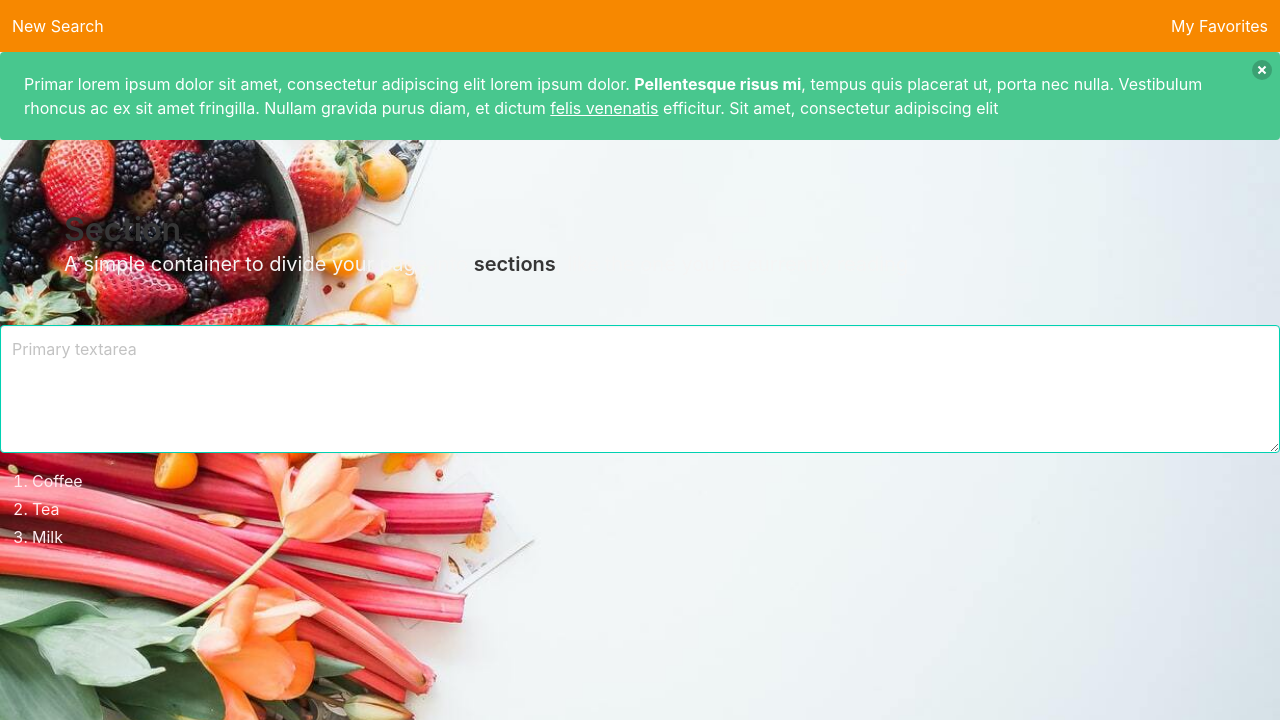
Repository: puakehaulani/the-hungry-app-proj1
Page: assets/style/Results.html
These files come from the project's save history. The page is drawn as it stood at one moment and after the next save; the edit follows.
The browser window is 1280 px wide. The pictures show the whole page.

Above is the page before, as saved 2020-10-15 19:39:50.

### assets/style/Results.html
<!DOCTYPE html>
<html lang="en">

<head>
    <meta charset="UTF-8">
    <meta name="viewport" content="width=device-width, initial-scale=1.0">
    <title>Hungry app</title>
    <link rel="stylesheet" href="https://cdn.jsdelivr.net/npm/bulma@0.9.1/css/bulma.min.css">
    <link rel="stylesheet" href="./style.css">
    <meta name="viewport" content="width=device-width, initial-scale=1">
</head>

<body>
  <nav class="navbar" role="navigation" aria-label="main navigation">
    <div class="navbar-menu">
        <div class="navbar-item">
            <a href="index.html">New Search</a>
        </div>
    </div>

    <div class="navbar-end">
        <div class="navbar-item">
            <a href="favorites.html">My Favorites </a>
        </div>

    </div>
</nav>
      <div class="notification is-success">
        <button class="delete"></button>
        Primar lorem ipsum dolor sit amet, consectetur
        adipiscing elit lorem ipsum dolor. <strong>Pellentesque risus mi</strong>, tempus quis placerat ut, porta nec nulla. Vestibulum rhoncus ac ex sit amet fringilla. Nullam gravida purus diam, et dictum <a>felis venenatis</a> efficitur. Sit amet,
        consectetur adipiscing elit
      </div>
      <body>
        <section class="section">
          <div class="container">
            <h1 class="title">Section</h1>
            <h2 class="subtitle has-text-light">
              A simple container to divide your page into <strong>sections</strong>, like the one you're currently reading
            </h2>
          </div>
        </section>

        <div class="field">
          <div class="control">
            <textarea class="textarea is-primary" placeholder="Primary textarea"></textarea>
          </div>
        </div>

        <div class="content has-text-danger-light" color =hsl(347, 90%, 96%)>
          <ol type="1">
            <li>Coffee</li>
            <li>Tea</li>
            <li>Milk</li>
          </ol>

        </div>
</body>

</html>

### assets/style/style.css

html{
    background-image: url(images/foodOnSIde.jpg);
    background-size: cover;
    background-repeat: no-repeat;
}

.navbar{
    background-color: #F78800;
}

.navbar-item{
    color: white;
}

.navbar-item a{
    color: white;
}

.button{
    background-color: #f78800;
    color: white;
}

#ingredientSearch{
    display: inline-block;
}

th{
    background-color: #f78800;
    color: white !important;
}

/* Elements that only exist on results html*/

#favRecipes{
    min-height: 300px;
    color: black;
    background-color: white;
    border-style: solid;
    border-width: 2px;
    border-radius: 15px;
    border-color: #F78800;
}

#favRecipes h1{
    background-color: #F78800;
    font-size: 2rem;
    color: white;
    border-radius: 10px;
}

#favJokes{
    min-height: 300px;
    color: black;
    background-color: white;
    border-style: solid;
    border-width: 2px;
    border-radius: 15px;
    border-color: #F78800;
}

#favJokes h1{
    background-color: #F78800;
    font-size: 2rem;
    color: white;
    border-radius: 10px;
}

After the next save:
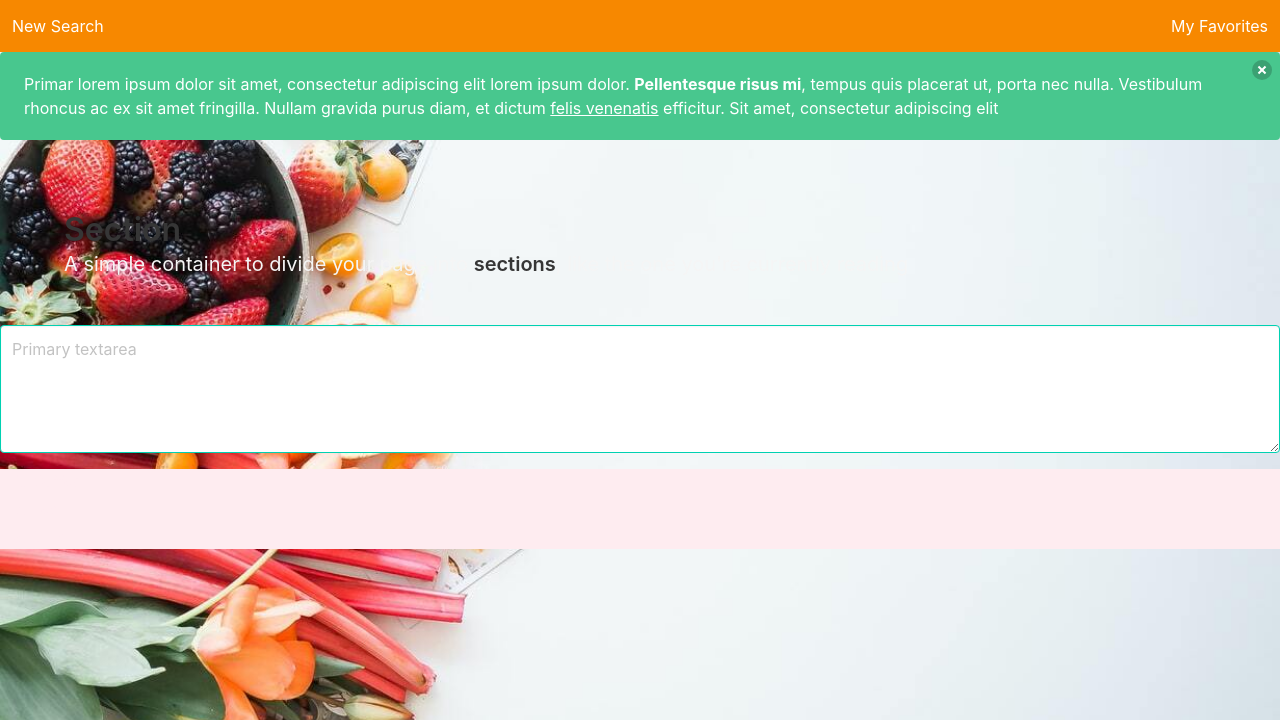
Saved 61 s later.
--- a/assets/style/Results.html
+++ b/assets/style/Results.html
@@ -47,7 +47,7 @@
           </div>
         </div>
 
-        <div class="content has-text-danger-light" color =hsl(347, 90%, 96%)>
+        <div class="content has-text-danger-light has-background-danger-light ">
           <ol type="1">
             <li>Coffee</li>
             <li>Tea</li>
